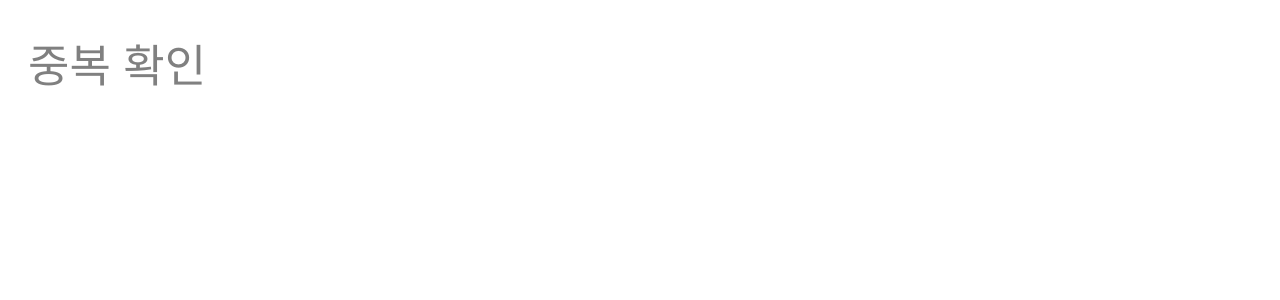
Repository: gpqls12321/public
Page: http://localhost/bizpoll/member/idcheck.jsp
An editor plug-in stored every save of this project. The page is shown before and after the next save, followed by the edit.
The browser window is 1280 px wide. The pictures show the whole page.
The page is served by Tomcat 9.

Above is the page before, as saved 2021-04-21 07:16:55.

After the next save:
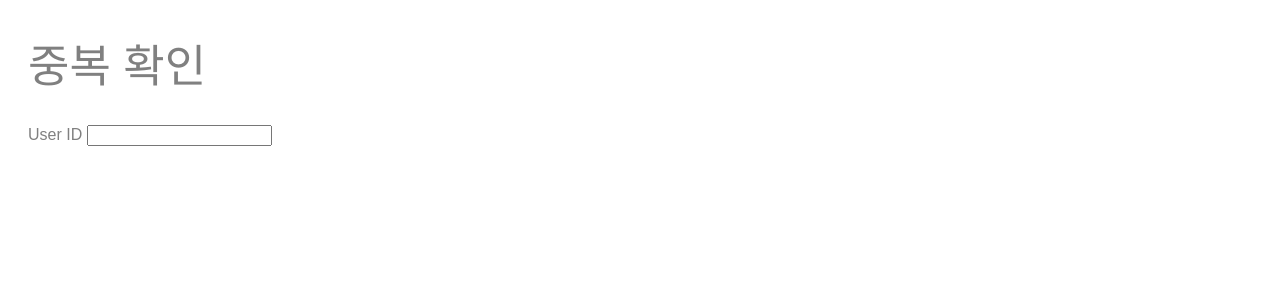
Saved 24 s later.
--- a/bizpoll/WebContent/member/idcheck.jsp
+++ b/bizpoll/WebContent/member/idcheck.jsp
@@ -44,6 +44,7 @@
 <div id="wrap">
 	<h1>중복 확인</h1>
 	<form action="id_check_form.bizpoll" name="frm" method="post" style="margin-right: 0">
+		User ID <input type="text" name="id" value="">
 	</form>
 </div>
 </body>
